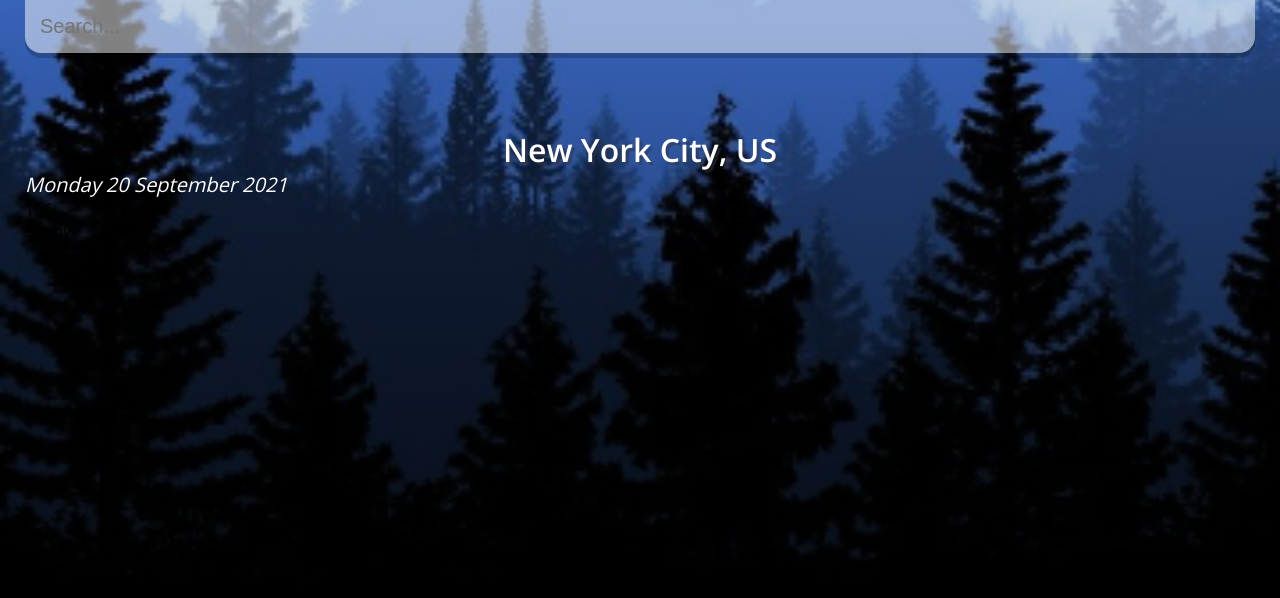
Repository: kate30980/weather-app-reactjs
Page: /
These files come from the project's save history. The page is drawn as it stood at one moment and after the next save; the edit follows.
The browser window is 1280 px wide. The pictures show the whole page.
The project was rebuilt for these pictures with package versions that can differ from the ones it lists, and the page was loaded fresh each time. Also part of the build but not shown: src/App.css.

Above is the page before, as saved 2021-09-20 15:35:01.

After the next save:
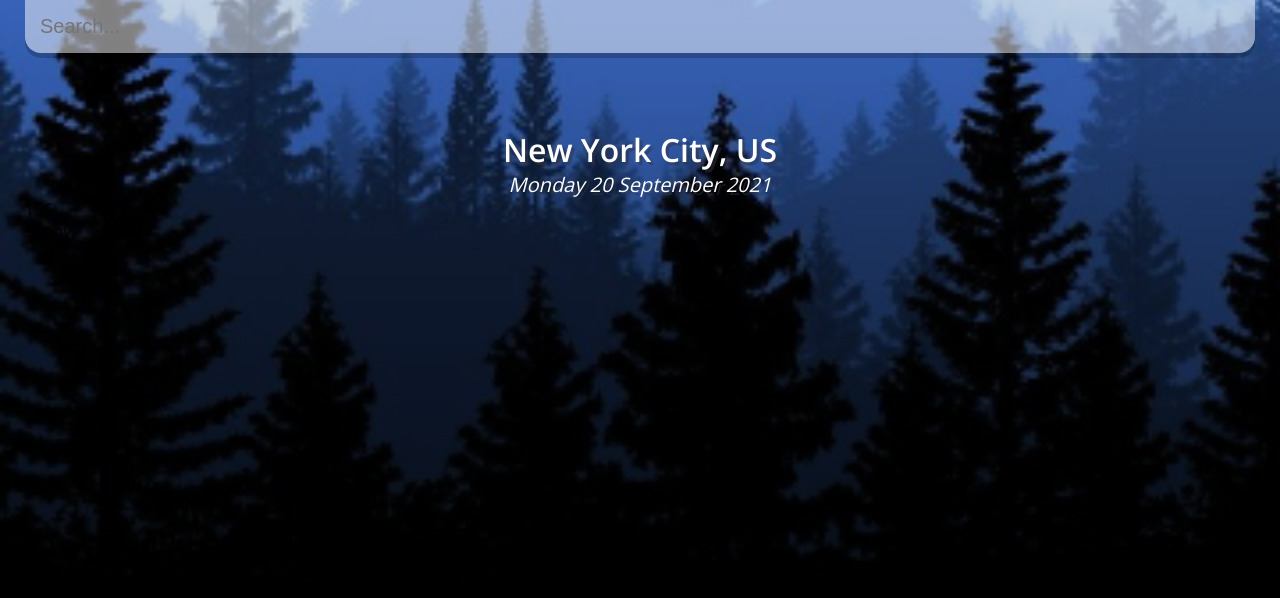
Saved 35 s later.
--- a/src/index.css
+++ b/src/index.css
@@ -62,4 +62,6 @@ main{
   font-size: 20px;
   font-weight: 400;
   font-style: italic;
+  text-align: center;
+  text-shadow: 3px 3px rgba(50,50,70,0.5);
 }
